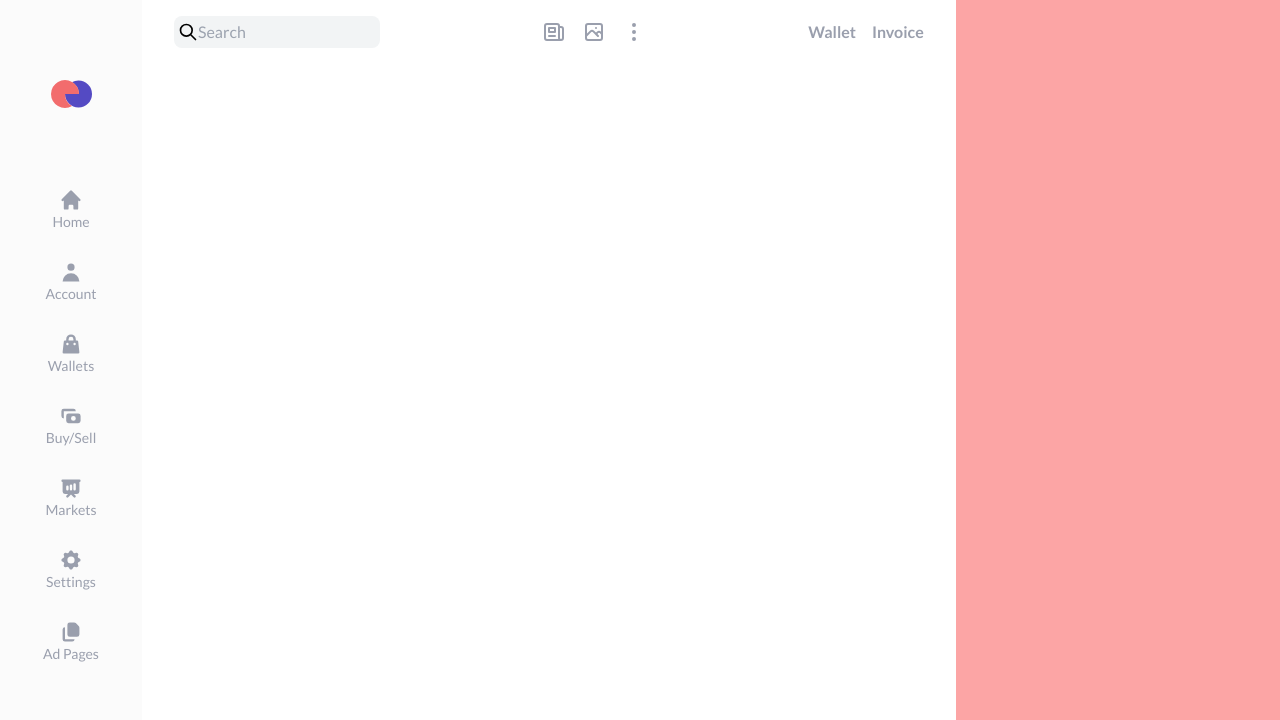
Repository: almaqdad55/crypto-app-nextjs
Page: /
The author's editor kept a copy of each file at every save. The page is drawn from the files as they stood at one save, then again after the next save.
The browser window is 1280 px wide. The pictures show the whole page.
The project was rebuilt for these pictures with package versions that can differ from the ones it lists, and the page was loaded fresh each time. The framework's server and built-in components were replaced by stand-ins that run in the browser.

Above is the page before, as saved 2022-01-04 20:19:46.

After the next save:
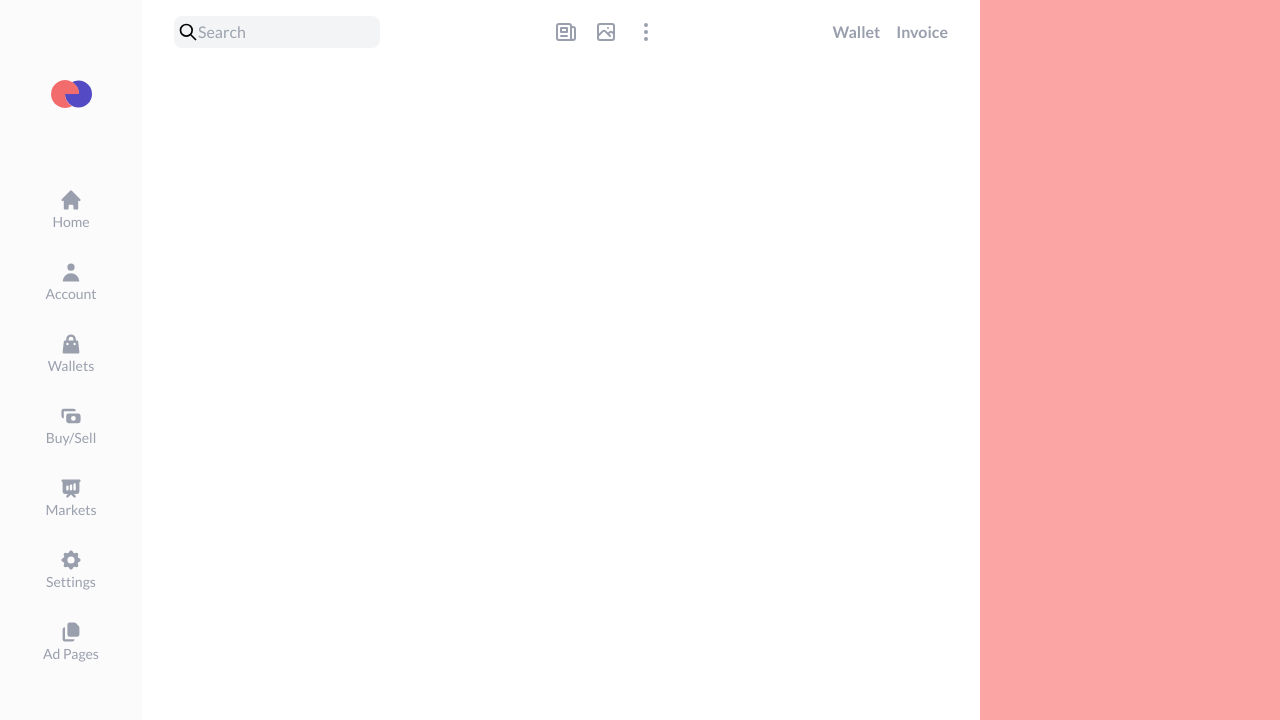
Saved 10 s later.
--- a/components/Widget.jsx
+++ b/components/Widget.jsx
@@ -1,5 +1,5 @@
 const Widget = () => {
-  return <div className="bg-red-300 flex-1"></div>;
+  return <div className="bg-red-300 min-w-[300px]"></div>;
 };
 
 export default Widget;
